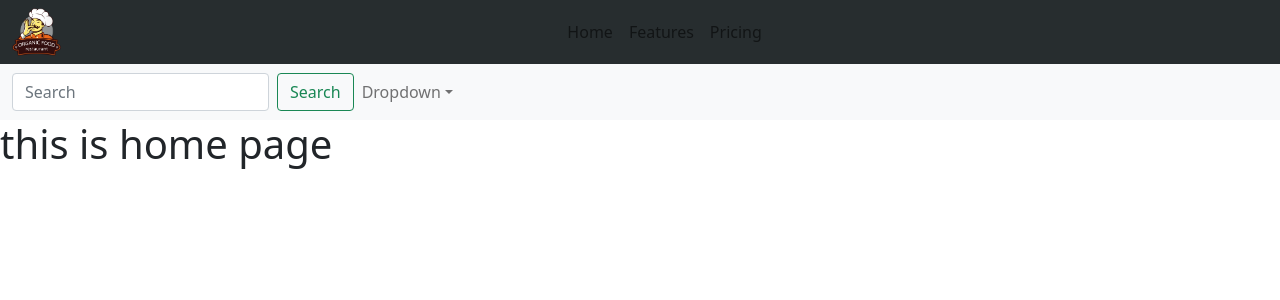
Repository: mdrubel02/organic-food-restaurnat
Page: /
These files come from the project's save history. The page is drawn as it stood at one moment and after the next save; the edit follows.
The browser window is 1280 px wide. The pictures show the whole page.
The project was rebuilt for these pictures with package versions that can differ from the ones it lists, and the page was loaded fresh each time.

Above is the page before, as saved 2022-07-02 16:11:48.

After the next save:
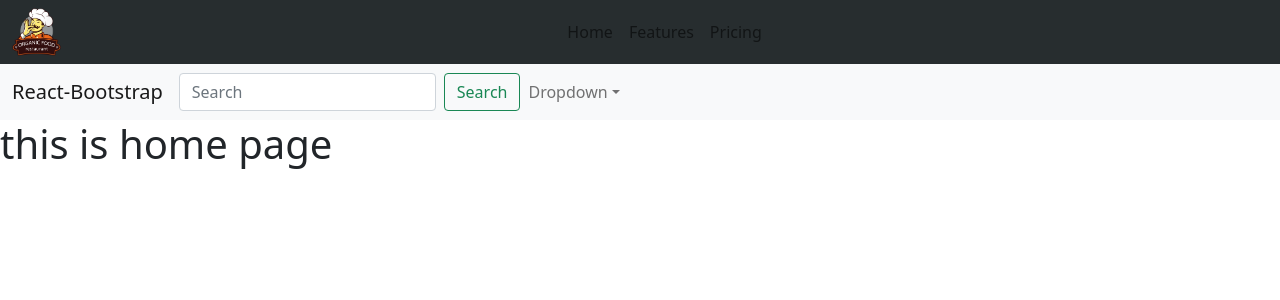
Saved 91 s later.
--- a/src/Components/Header/HeaderTwo.js
+++ b/src/Components/Header/HeaderTwo.js
@@ -7,6 +7,7 @@ const HeaderTwo = () => {
     return (
         <Navbar bg="light" expand="lg">
             <Container fluid>
+            <Navbar.Brand href="#home">React-Bootstrap</Navbar.Brand>
                 <Form className="d-flex">
                     <Form.Control
                         type="search"
